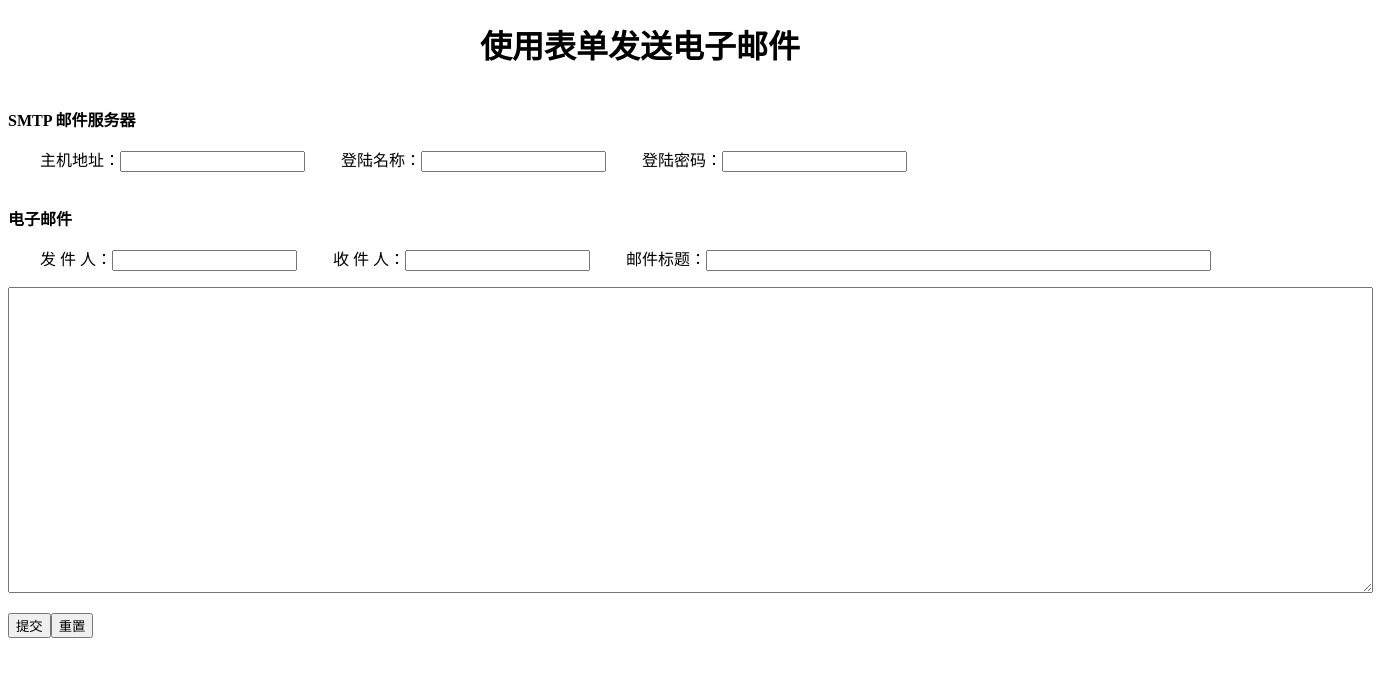
Repository: eterinfi/java
Page: jee/JSPDemo/WebContent/sendemail.html
An editor plug-in stored every save of this project. The page is shown before and after the next save, followed by the edit.
The browser window is 1280 px wide. The page is 1378 px wide, then 1314 px, so the pictures cover 1378 px, including what lies to the right of the window. The pictures show the whole page.

Above is the page before, as saved 2016-11-15 10:58:05.

After the next save:
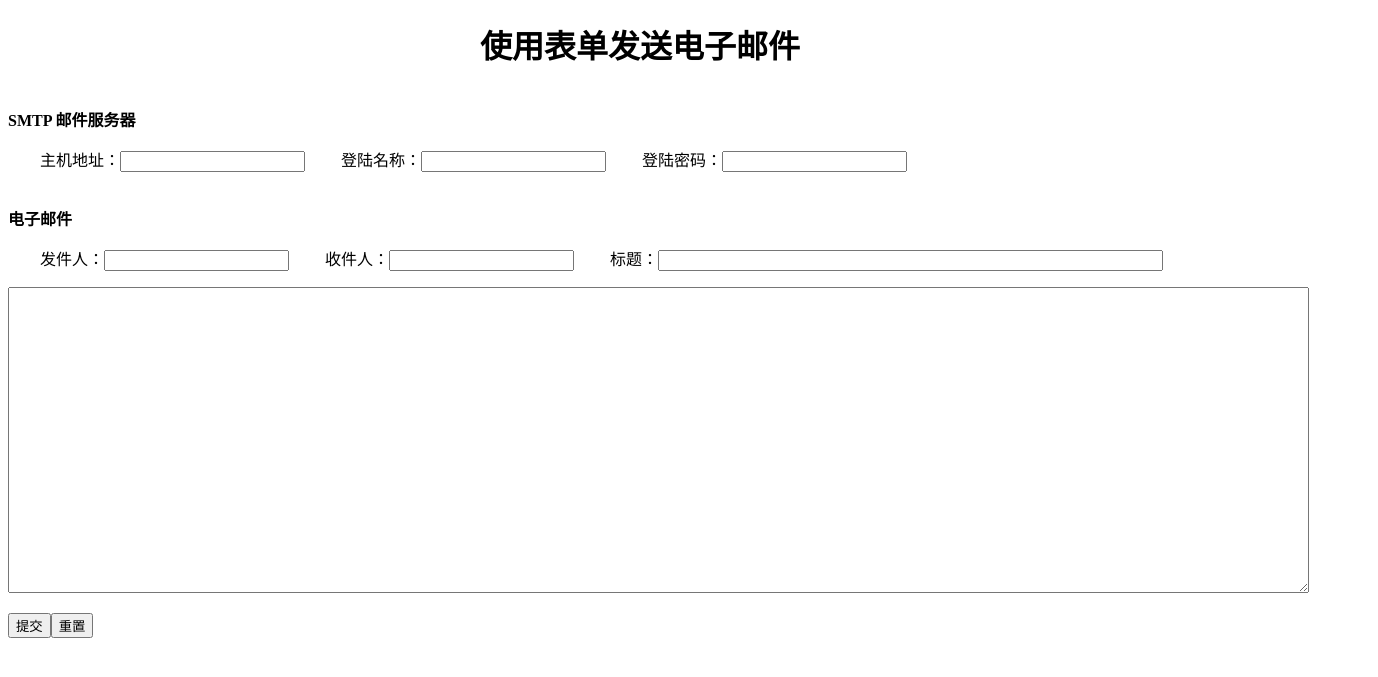
Saved 65 s later.
--- a/jee/JSPDemo/WebContent/sendemail.html
+++ b/jee/JSPDemo/WebContent/sendemail.html
@@ -17,11 +17,11 @@
     <br />
     <label><strong>电子邮件</strong></label>
     <p>
-      <span>　　发 件 人：<input type="text" name="from" /></span>
-      <span>　　收 件 人：<input type="text" name="to" /></span>
-      <span>　　邮件标题：<input type="text" size="60" name="subject" /></span>
+      <span>　　发件人：<input type="text" name="from" /></span>
+      <span>　　收件人：<input type="text" name="to" /></span>
+      <span>　　标题：<input type="text" size="60" name="subject" /></span>
     </p>
-    <textarea name="body" cols="168" rows="20">
+    <textarea name="body" cols="160" rows="20">
     </textarea>
     <p>
       <button type="submit">提交</button><button type="reset">重置</button>
